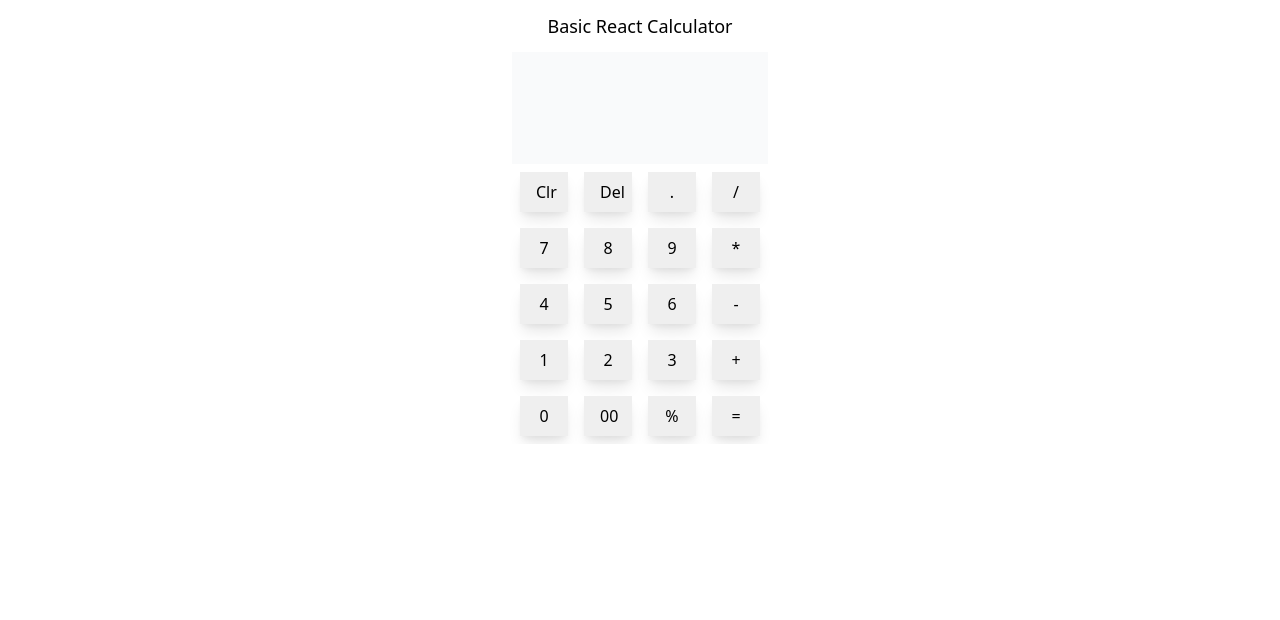
Repository: latenightsnacc/React-Calculator
Page: / (app in docs/react-calculator/)
These files come from the project's save history. The page is drawn as it stood at one moment and after the next save; the edit follows.
The browser window is 1280 px wide. The pictures show the whole page.
The project was rebuilt for these pictures with package versions that can differ from the ones it lists, and the page was loaded fresh each time. Also part of the build but not shown: docs/react-calculator/craco.config.js.

Above is the page before, as saved 2021-11-11 15:50:36.

After the next save:
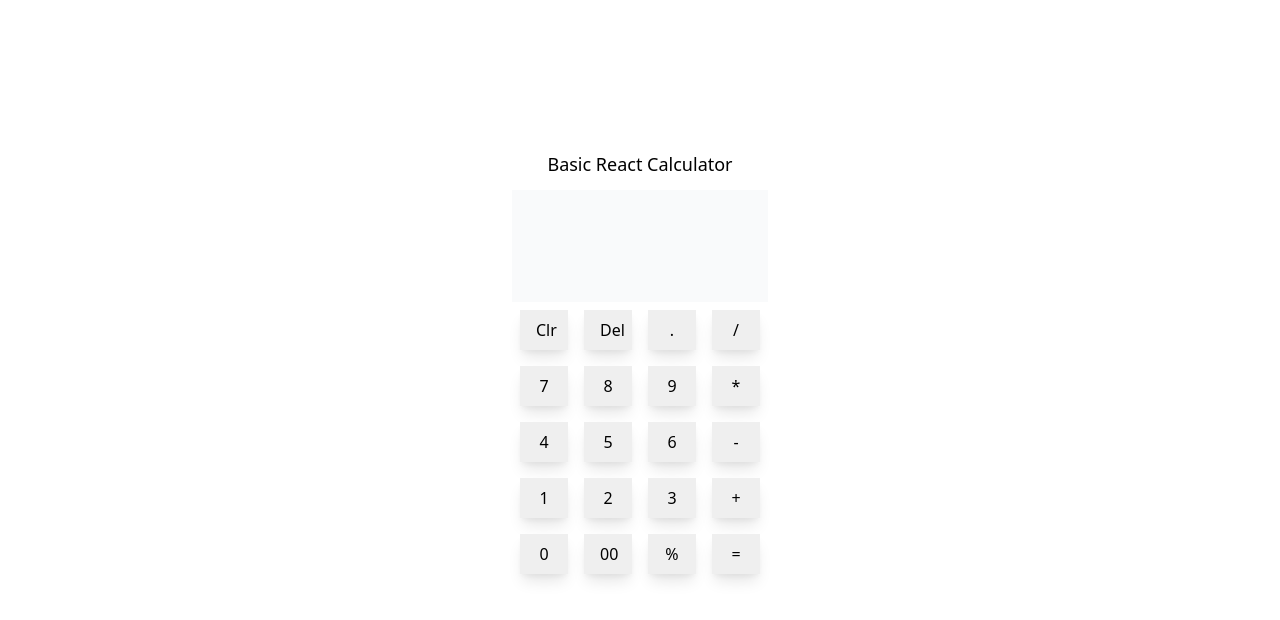
Saved 79 s later.
--- a/docs/react-calculator/src/components/Calculator.js
+++ b/docs/react-calculator/src/components/Calculator.js
@@ -6,7 +6,7 @@ import Button from './Button'
 class Calculator extends Component {
     render() {
         return (
-            <div className="w-full flex flex-col justify-center items-center">
+            <div className="w-full h-screen flex flex-col justify-center items-center">
                 <CalculatorTitle value="Basic React Calculator" />
                 <div className="calculator-body">
                     <CalculatorScreen />
